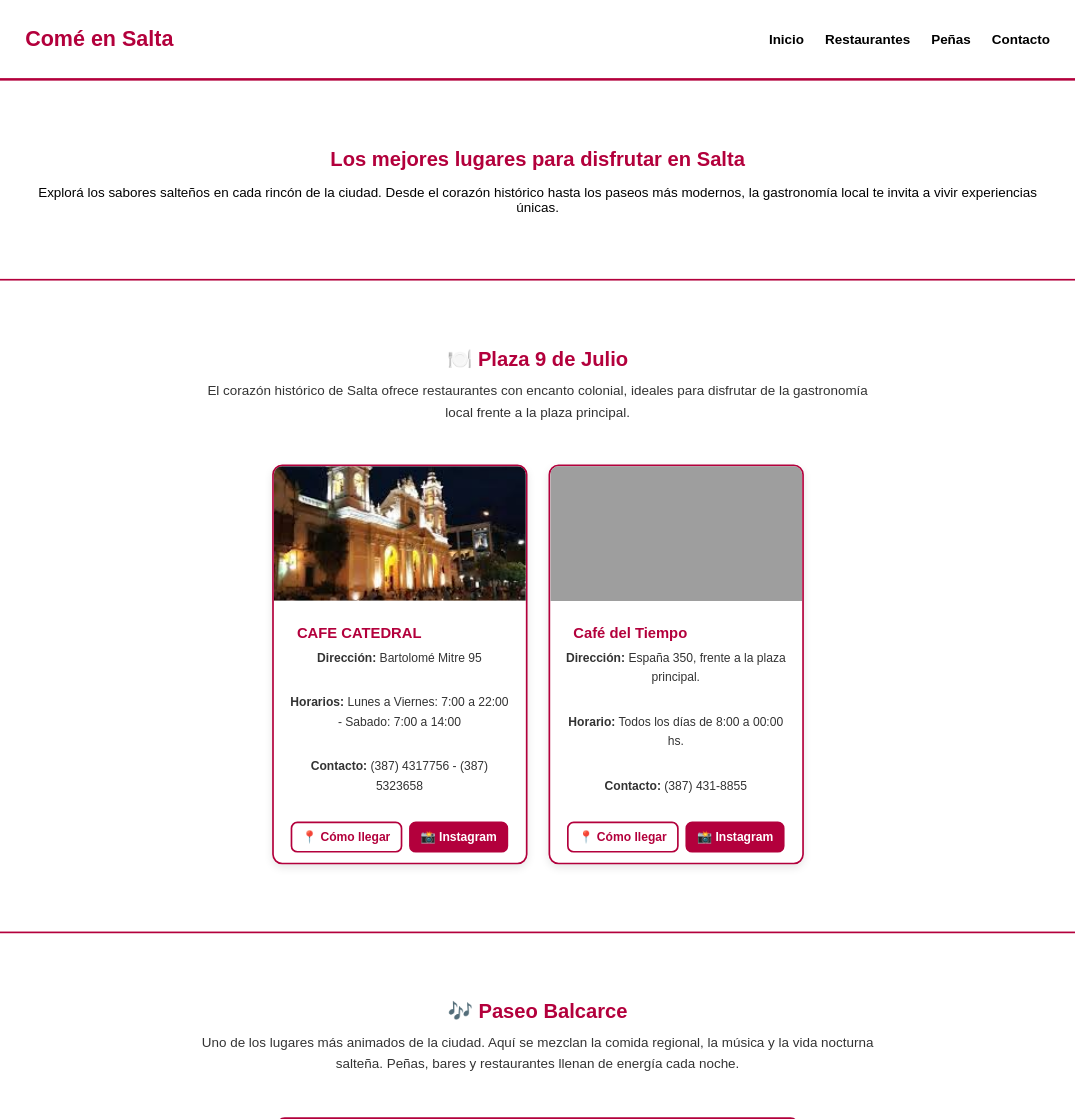
Repository: nahir95/come-en-salta
Page: restaurantes.html
These files come from the project's save history. The page is drawn as it stood at one moment and after the next save; the edit follows.
The browser window is 1280 px wide. The pictures show the part of the page from y = 0 to 1332 px (the page is 4339 px tall before and 4416 px after), at 84% of full size.
Pictures or frames that could not be fetched are drawn as grey boxes.

Above is the page before, as saved 2025-11-12 01:04:19.

After the next save:
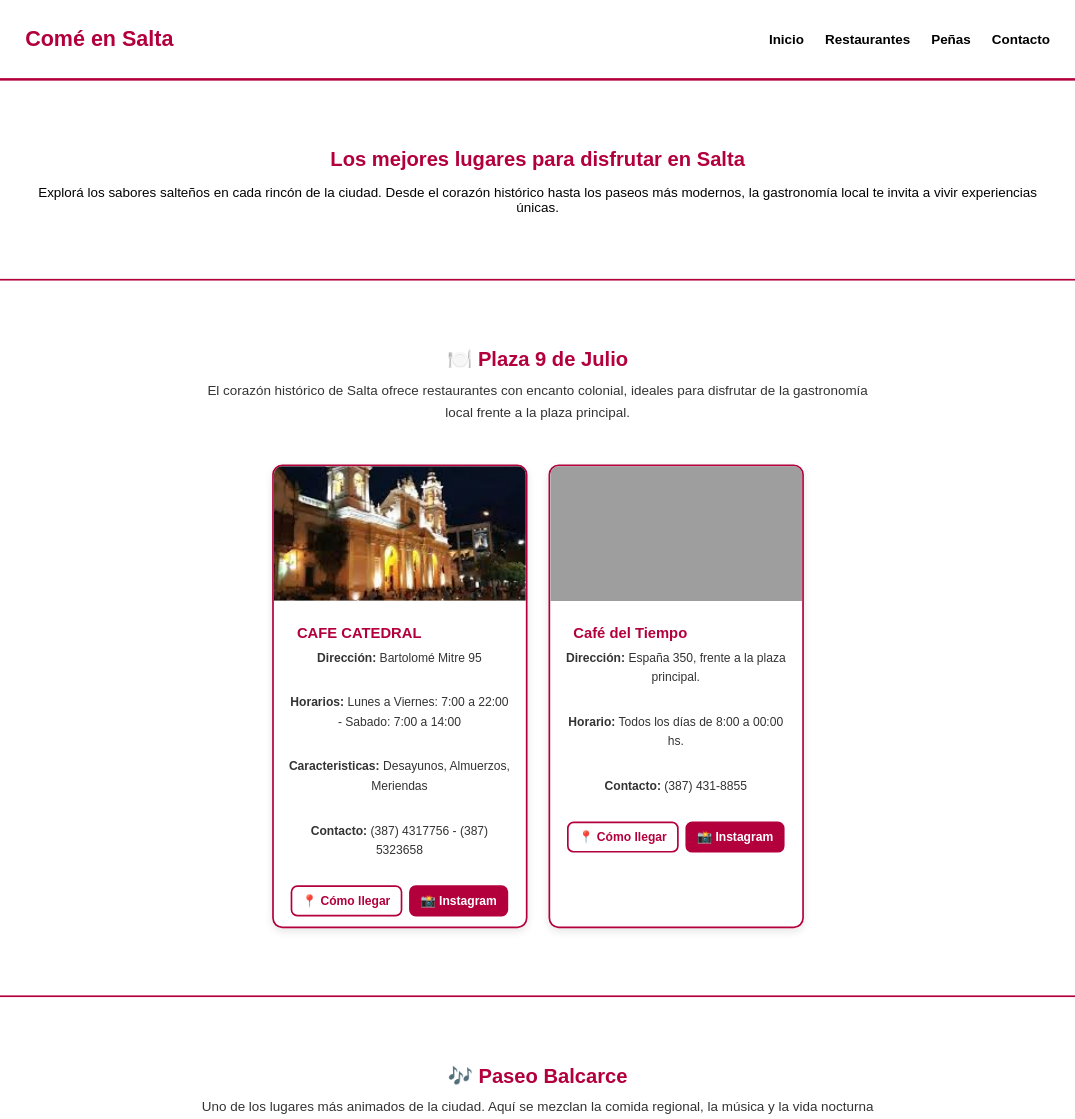
Saved 5 min 46 s later.
--- a/restaurantes.html
+++ b/restaurantes.html
@@ -38,6 +38,7 @@
         <h3>CAFE CATEDRAL</h3>
         <p><strong>Dirección:</strong> Bartolomé Mitre 95</p>
         <p><strong>Horarios:</strong> Lunes a Viernes: 7:00 a 22:00 - Sabado: 7:00 a 14:00</p>
+        <p><strong>Caracteristicas:</strong> Desayunos, Almuerzos, Meriendas</p>
         <p><strong>Contacto:</strong> (387) 4317756 - (387) 5323658</p>
         <div class="btns-resto">
           <a href="https://maps.app.goo.gl/VMKrjFsvunXBDcr2A" target="_blank" class="btn">📍 Cómo llegar</a>
